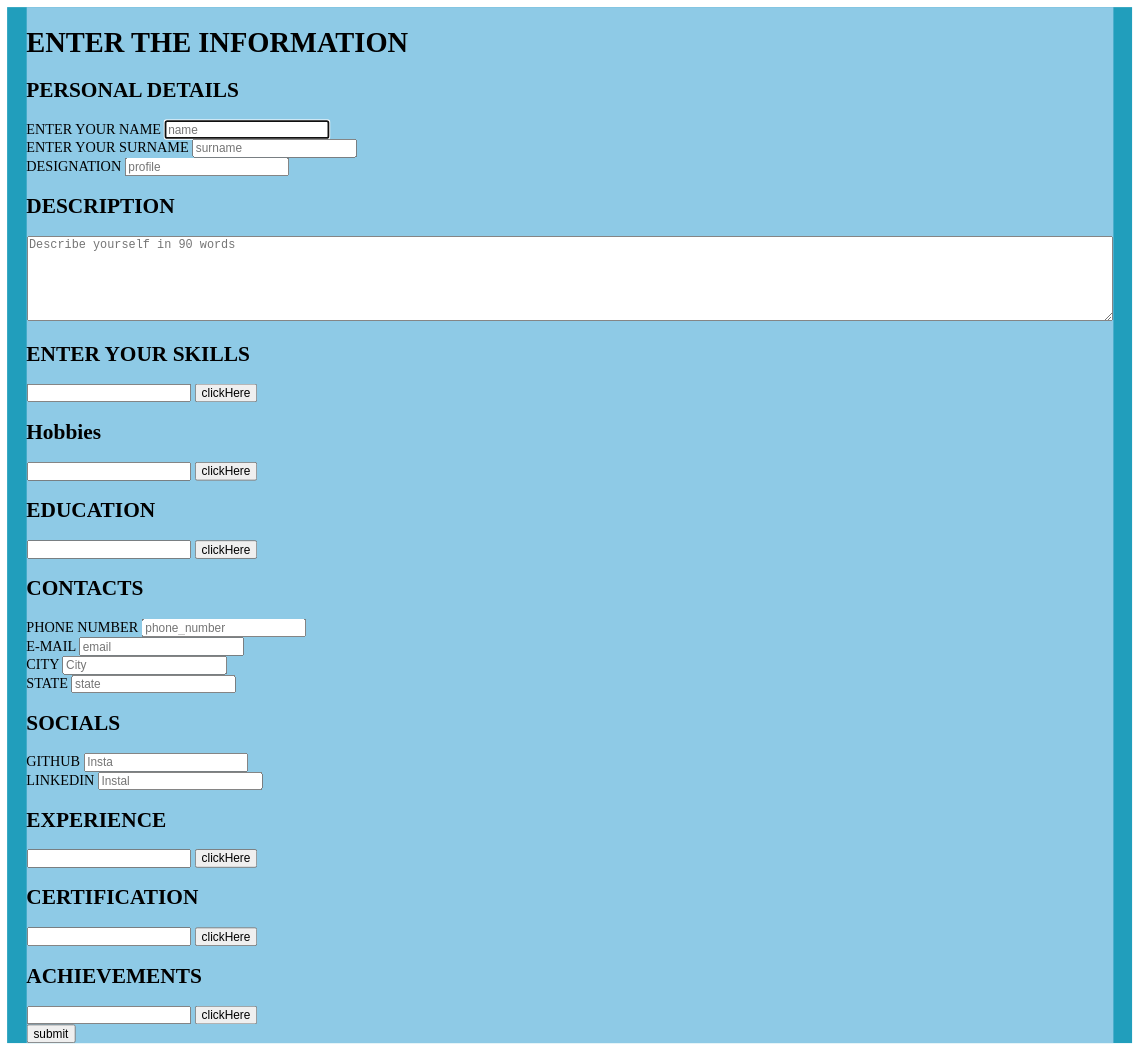
Repository: S-I-D-D-H/sync
Page: http://localhost/resume_builder/ind
These files come from the project's save history. The page is drawn as it stood at one moment and after the next save; the edit follows.
The browser window is 1280 px wide. The pictures show the whole page, at 89% of full size.
The page is served by Tomcat 9.

Above is the page before, as saved 2023-09-03 08:22:14.

After the next save:
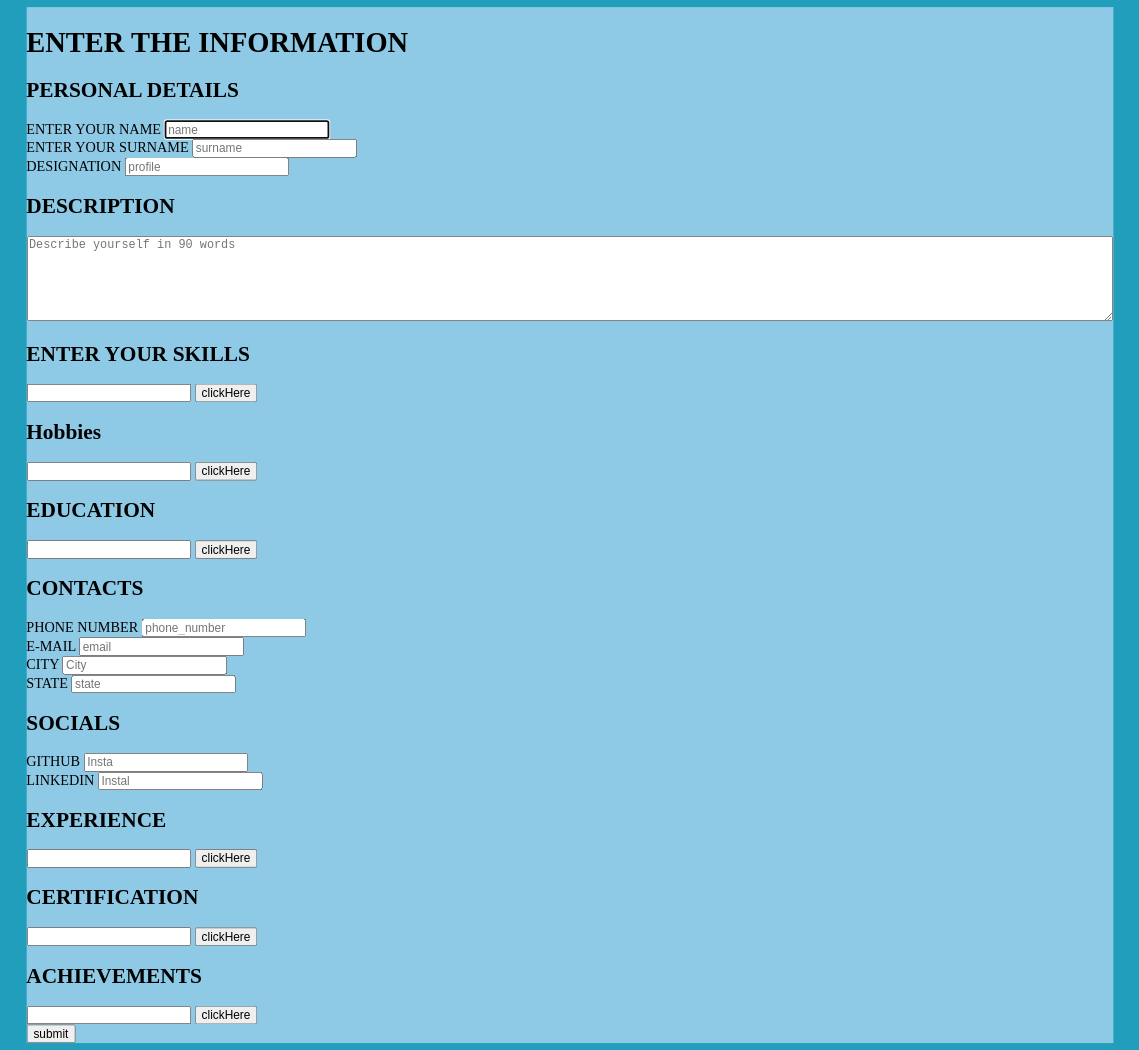
Saved 18 s later.
--- a/ressumebuilder/resume_builder/src/main/webapp/WEB-INF/VIEWS/form.jsp
+++ b/ressumebuilder/resume_builder/src/main/webapp/WEB-INF/VIEWS/form.jsp
@@ -6,10 +6,14 @@
 <meta charset="UTF-8">
 <title>Insert title here</title>
 <style>
-
+body
+{
+
+  background-color: #219ebc;
+}
 #container
 {
-  background-color: #219ebc;
+
   color: black;
   display: flex;
   justify-content:center;
